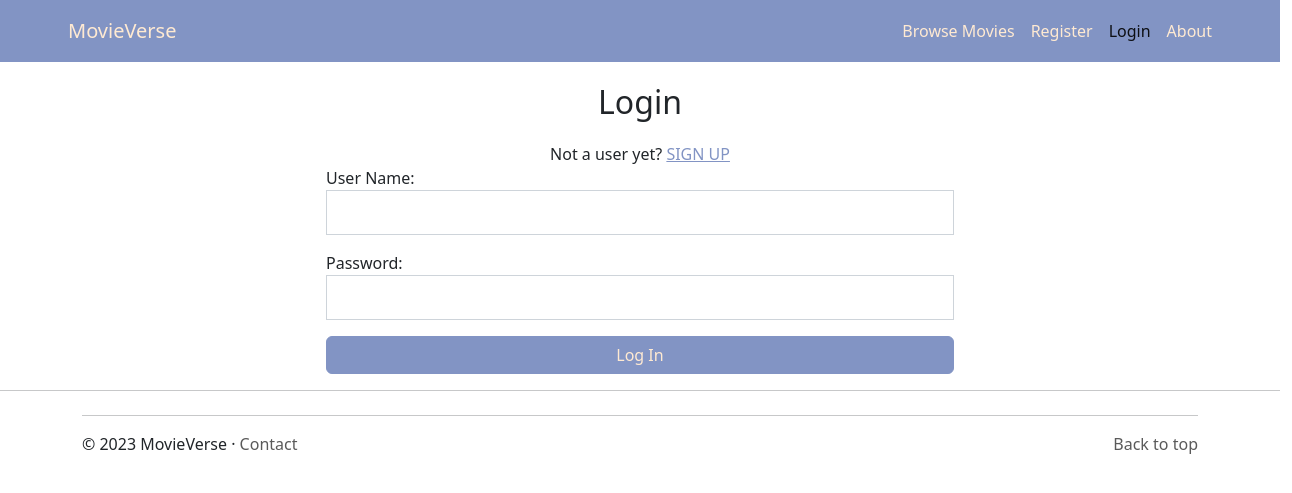
Repository: rafaelasantana/MovieVerse
Page: http://localhost/login.php
The author's editor kept a copy of each file at every save. The page is drawn from the files as they stood at one save, then again after the next save.
The browser window is 1280 px wide. The page is 1292 px wide, so the pictures cover 1292 px, including what lies to the right of the window. The pictures show the whole page.
Some web libraries are served in a nearby version. The page is run by PHP 8.4 with error messages shown; the project is at /var/www/html/.

Above is the page before, as saved 2023-06-22 22:50:00.
Console error: TypeError: Cannot read properties of undefined (reading 'keyboard')

### MovieVerse/login.php
<?php
$page = "login";
session_start();
include "header.php";
include "navbar.php";
include "database.php";
?>
<?php

$errordata = "";

if ($_SERVER['REQUEST_METHOD'] === 'POST') {

    if (empty($_POST["username"]) || empty($_POST["password"])) {
        $error = "Please fill out all the fields!";
    } else if (isset($_POST["username"]) && isset($_POST["password"])) {

        //include_once "conn.php";
        $username = $_POST["username"];
        $password = $_POST["password"];

        //selektieren wir die daten von tabelle users in datenbank um die login zu machen
        $sql = "SELECT id, username, password, role,  firstname, email FROM user WHERE username = ?";
$stmt = $conn->prepare($sql);
$stmt->bind_param("s", $username);
$stmt->execute();

$result = $stmt->get_result();
while ($row = $result->fetch_assoc()) {
    //echo "got results from the database";

    if (password_verify($password, $row["password"])) {
        //echo "verifying password";
        $username = $row["username"];
        $role = $row["role"];
        $id = $row["id"];
        //$status = $row["status"];
        $firstname = $row["firstname"];
        $email = $row["email"];

        $_SESSION["username"] = $username;
        $_SESSION["role"] = $role;
        //$_SESSION["status"] = $status;
        $_SESSION["id"] = $id;
        $_SESSION["firstname"] = $firstname;
        $_SESSION["email"] = $email;

        header("Location: profile.php");

        //echo "login worked!";
        //echo "<script>window.location.href='welcome.php'</script>";
        exit();
    } else if (!password_verify($password, $row["password"])) {
        $error = "Wrong username or password. Please try again!";
    } else if ($row["status"] == 'Inactive') {
        $error = "You are no longer allowed to access on this website!";
    }
}}
}

?>

<body>
    <div class="row justify-content-center">
        <div class="col-xs-10 col-lg-6">
            <!-- Testing with includes/ logic -->
            <form action="login.php" method="post" class="sign-in-form">
                <div class="fs-2 mt-3 text-center mb-3">Login</div>
                <div class="text-center">Not a user yet? <a href="registration.php" style="color:#8294C4"> SIGN UP</a></div>

                <div class="form-group mb-3">
                    <label>User Name:</label>
                    <input type="text" class="form-control" id="email" value="" name="username" required>
                </div>

                <div class="form-group mb-3">
                    <label>Password:</label>
                    <input type="password" class="form-control" id="password" value="" name="password" required>
                </div>

                <div style="color: red;">
                    <?php

                    if (isset($error)) {
                        echo "<p class=\"Rerror\">" . $error . "</p>";
                    }
                    ?>
                </div>
                <div class="d-grid gap-2">
                    <button type="submit" name="submit" class="btn btn-login">Log In</button>
                </div>
            </form>
        </div>

    </div>
    <hr class="featurette-divider">

    <?php

    include "footer.php";

    ?>

### MovieVerse/header.php
<!doctype html>
<html lang="en">

<head>
  <title>Title</title>
  <!-- Required meta tags -->
  <meta charset="utf-8">
  <meta name="viewport" content="width=device-width, initial-scale=1, shrink-to-fit=no">

  <!-- Bootstrap CSS v5.2.1 -->
  <link href="https://cdn.jsdelivr.net/npm/bootstrap@5.2.1/dist/css/bootstrap.min.css" rel="stylesheet" integrity="sha384-iYQeCzEYFbKjA/T2uDLTpkwGzCiq6soy8tYaI1GyVh/UjpbCx/TYkiZhlZB6+fzT" crossorigin="anonymous">

  <!-- Template Main CSS Files -->
  <link href="assets/css/variables.css" rel="stylesheet">
  <link href="assets/css/index.css" rel="stylesheet">
  <link href="assets/css/login.css" rel="stylesheet">
  <link href="assets/css/footer.css" rel="stylesheet">
  <link href="assets/css/navbar.css" rel="stylesheet">

  <!-- add jquery (here minimized version)-->
  <script src="https://code.jquery.com/jquery-3.6.4.min.js" integrity="sha256-oP6HI9z1XaZNBrJURtCoUT5SUnxFr8s3BzRl+cbzUq8=" crossorigin="anonymous"></script>

  <!-- add font awesome library -->
  <script src="https://kit.fontawesome.com/a2b15cd676.js" crossorigin="anonymous"></script>

  <script defer src="assets/js/index.js"></script>

</head>

<body>

### MovieVerse/navbar.php
<!-- Begin header -->
<div class="navbar navbar-expand-lg" style="background-color: #8294C4">
    <div class="container-fluid">
        <!-- click on logo image to go to homepage -->
        <a href="index.php" class="navbar-brand mx-2 navbar-text">MovieVerse</a>
        <!-- burger button when collapses -->
        <div class="justify-content-end">
            <button class="navbar-toggler" type="button" data-bs-toggle="collapse" data-bs-target="#navbar_index" aria-controls="navbar_index" aria-expanded="false">
                <span class="navbar-toggler-icon"></span>
            </button>

        </div>
        <!-- Navbar -->
        <div id="navbar_index" class="collapse navbar-collapse justify-content-end">
            <div class="navbar-nav">
                <a class="navbar-text nav-link <?php if ($page == 'index') echo 'active' ?>" href="index.php">Browse Movies</a>
                <?php
                // if user is logged in, show profile
                if (isset($_SESSION["firstname"])) { ?>
                    <a class="navbar-text nav-link <?php if ($page == 'profile') echo 'active' ?> " href="profile.php">Profile</a>
                    <a class='navbar-text nav-link <?php if($page == 'logout') echo 'active' ?>' href='includes/logout.inc.php'>Logout</a>
                <?php }
                // if user is not logged in, show register and login
                else { ?>
                    <a class="navbar-text nav-link <?php if ($page == "registration") echo "active" ?>" href="registration.php">Register</a>
                    <a class="navbar-text nav-link <?php if ($page == "login") echo " active" ?>" href="login.php">Login</a>
                <?php } ?>
                <a class="navbar-text nav-link <?php if ($page == "help") echo " active" ?>" href="about.php">About</a>
            </div>
        </div>
    </div>
</div>

### MovieVerse/database.php
<?php

//for Rafaela

// $host ="localhost";
//$user = "root";
//$password ="mysql";
//$database = "movieverse";

// for Livia
$host ="localhost";
$user = "root";
$password ="";
$database = "movieverseprojekt";

$conn = mysqli_connect($host, $user, $password, $database);

if(!$conn){
    die("Connection failed:" . mysqli_connect_error());
}

### MovieVerse/footer.php
<footer class="container mt-4">
  <hr class="featurette-divider">
  <p class="float-end"><a href="#" class="footerCls">Back to top</a></p>
  <p>&copy; 2023 MovieVerse &middot; <a href="about.php" class="footerCls">Contact</a></p>
</footer>
<!-- Bootstrap JavaScript Libraries -->
<script src="https://cdn.jsdelivr.net/npm/@popperjs/core@2.11.6/dist/umd/popper.min.js" integrity="sha384-oBqDVmMz9ATKxIep9tiCxS/Z9fNfEXiDAYTujMAeBAsjFuCZSmKbSSUnQlmh/jp3" crossorigin="anonymous">
</script>

<script src="https://cdn.jsdelivr.net/npm/bootstrap@5.2.1/dist/js/bootstrap.min.js" integrity="sha384-7VPbUDkoPSGFnVtYi0QogXtr74QeVeeIs99Qfg5YCF+TidwNdjvaKZX19NZ/e6oz" crossorigin="anonymous">
</script>
</body>

</html>

### MovieVerse/assets/css/variables.css
/**
* Template Name: ZenBlog
* File: variables.css
* Description: Easily customize colors, typography, and other repetitive properties used in the template main stylesheet file main.css
*
* Template URL: https://bootstrapmade.com/zenblog-bootstrap-blog-template/
* Author: BootstrapMade.com
* License: https://bootstrapmade.com/license/
*
* Contents:
* 1. ZenBlog template variables
* 2. Override default Bootstrap variables
* 3. Set color and background class names
*
* Learn more about CSS variables at https://developer.mozilla.org/en-US/docs/Web/CSS/Using_CSS_custom_properties
*/

/*--------------------------------------------------------------
# 1. ZenBlog template variables
--------------------------------------------------------------*/
:root {

  /* Fonts */
  --font-default: 'EB Garamond', system-ui, -apple-system, "Segoe UI", Roboto, "Helvetica Neue", Arial, "Noto Sans", "Liberation Sans", sans-serif, "Apple Color Emoji", "Segoe UI Emoji", "Segoe UI Symbol", "Noto Color Emoji";
  --font-primary: 'EB Garamond', serif; /*'Playfair Display', serif;*/
  --font-secondary: 'Inter', sans-serif;

  /* Colors */
  /* The *-rgb color names are simply the RGB converted value of the corresponding color for use in the rgba() function */

  /* Default text color */
  --color-default: #212529;
  --color-default-rgb: 33, 37, 41;

  /* Defult links color */
  --color-links: #212529;
  --color-links-hover: #15171a;

  /* Primay colors */
  --color-primary: #212529;
  --color-primary-light: #26282c;
  --color-primary-dark: #0b0c0e;

  --color-primary-rgb: 33, 37, 41;
  --color-primary-light-rgb: 38, 40, 44;
  --color-primary-dark-rgb: 11, 12, 14;

  /* Secondary colors */
  --color-secondary: #596d80;
  --color-secondary-light: #8498aa;
  --color-secondary-dark: #404f5c;

  --color-secondary-rgb: 89, 109, 128;
  --color-secondary-light-rgb: 132, 152, 170;
  --color-secondary-dark-rgb: 64, 79, 92;

  /* General colors */
  --color-blue: #0d6efd;
  --color-blue-rgb: 13, 110, 253;

  --color-indigo: #6610f2;
  --color-indigo-rgb: 102, 16, 242;

  --color-purple: #6f42c1;
  --color-purple-rgb: 111, 66, 193;

  --color-pink: #f3268c;
  --color-pink-rgb: 243, 38, 140;

  --color-red: #df1529;
  --color-red-rgb: 223, 21, 4;

  --color-orange: #fd7e14;
  --color-orange-rgb: 253, 126, 20;

  --color-yellow: #ffc107;
  --color-yellow-rgb: 255, 193, 7;

  --color-green: #059652;
  --color-green-rgb: 5, 150, 82;

  --color-teal: #20c997;
  --color-teal-rgb: 32, 201, 151;

  --color-cyan: #0dcaf0;
  --color-cyan-rgb: 13, 202, 240;

  --color-white: #ffffff;
  --color-white-rgb: 255, 255, 255;

  --color-gray: #6c757d;
  --color-gray-rgb: 108, 117, 125;

  --color-black: #000000;
  --color-black-rgb: 0, 0, 0;
}

/*--------------------------------------------------------------
# 2. Override default Bootstrap variables
--------------------------------------------------------------*/
:root {
  --bs-blue: var(--color-blue);
  --bs-indigo: var(--color-indigo);
  --bs-purple: var(--color-purple);
  --bs-pink: var(--color-pink);
  --bs-red: var(--color-red);
  --bs-orange: var(--color-orange);
  --bs-yellow: var(--color-yellow);
  --bs-green: var(--color-green);
  --bs-teal: var(--color-teal);
  --bs-cyan: var(--color-cyan);
  --bs-white: var(--color-white);
  --bs-gray: var(--color-gray);
  --bs-gray-dark: #343a40;
  --bs-gray-100: #f8f9fa;
  --bs-gray-200: #e9ecef;
  --bs-gray-300: #dee2e6;
  --bs-gray-400: #ced4da;
  --bs-gray-500: #adb5bd;
  --bs-gray-600: #6c757d;
  --bs-gray-700: #495057;
  --bs-gray-800: #343a40;
  --bs-gray-900: #212529;
  --bs-primary: var(--color-blue);
  --bs-secondary: var(--color-blue);
  --bs-success: #198754;
  --bs-info: #0dcaf0;
  --bs-warning: #ffc107;
  --bs-danger: #dc3545;
  --bs-light: #f8f9fa;
  --bs-dark: #212529;
  --bs-primary-rgb: var(--color-primary-rgb);
  --bs-secondary-rgb: var(--color-secondary-rgb);
  --bs-success-rgb: 25, 135, 84;
  --bs-info-rgb: 13, 202, 240;
  --bs-warning-rgb: 255, 193, 7;
  --bs-danger-rgb: 220, 53, 69;
  --bs-light-rgb: 248, 249, 250;
  --bs-dark-rgb: 33, 37, 41;
  --bs-white-rgb: var(--color-white-rgb);
  --bs-black-rgb: var(--color-black-rgb);
  --bs-body-color-rgb: var(--color-default-rgb);
  --bs-body-bg-rgb: 255, 255, 255;
  --bs-font-sans-serif: var(--font-default);
  --bs-font-monospace: SFMono-Regular, Menlo, Monaco, Consolas, "Liberation Mono", "Courier New", monospace;
  --bs-gradient: linear-gradient(180deg, rgba(255, 255, 255, 0.15), rgba(255, 255, 255, 0));
  --bs-body-font-family: var(--font-default);
  --bs-body-font-size: 1rem;
  --bs-body-font-weight: 400;
  --bs-body-line-height: 1.5;
  --bs-body-color: var(--color-default);
  --bs-body-bg: #fff;
}

/*--------------------------------------------------------------
# 3. Set color and background class names
--------------------------------------------------------------*/
/* Fonts */
.font-default { font-family: var(--font-default) !important; }
.font-primary { font-family: var(--font-primary) !important;}
.font-secondary { font-family: var(--font-secondary) !important; }

/* Text Colors */
.color-default { color: var(--color-default) !important; }
.color-links { color: var(--color-links) !important; }
.color-links:hover { color: var(--color-links-hover) !important; }
.color-primary { color: var(--color-primary) !important; }
.color-primary-light { color: var(--color-primary-light) !important; }
.color-primary-dark { color: var(--color-primary-dark) !important; }
.color-secondary { color: var(--color-secondary) !important; }
.color-secondary-light { color: var(--color-secondary-light) !important; }
.color-secondary-dark { color: var(--color-secondary-dark) !important; }
.color-blue { color: var(--color-blue) !important; }
.color-indigo { color: var(--color-indigo) !important; }
.color-purple { color: var(--color-purple) !important; }
.color-pink { color: var(--color-pink) !important; }
.color-red { color: var(--color-red) !important; }
.color-orange { color: var(--color-orange) !important; }
.color-yellow { color: var(--color-yellow) !important; }
.color-green { color: var(--color-green) !important; }
.color-teal { color: var(--color-teal) !important; }
.color-cyan { color: var(--color-cyan) !important; }
.color-white { color: var(--color-white) !important; }
.color-gray { color: var(--color-gray) !important; }
.color-black { color: var(--color-black) !important; }

/* Background Colors */
.bg-default { background-color: var(--color-default) !important; }
.bg-primary { background-color: var(--color-primary) !important; }
.bg-primary-light { background-color: var(--color-primary-light) !important; }
.bg-primary-dark { background-color: var(--color-primary-dark) !important; }
.bg-secondary { background-color: var(--color-secondary) !important; }
.bg-secondary-light { background-color: var(--color-secondary-light) !important; }
.bg-secondary-dark { background-color: var(--color-secondary-dark) !important; }
.bg-blue { background-color: var(--color-blue) !important; }
.bg-indigo { background-color: var(--color-indigo) !important; }
.bg-purple { background-color: var(--color-purple) !important; }
.bg-pink { background-color: var(--color-pink) !important; }
.bg-red { background-color: var(--color-red) !important; }
.bg-orange { background-color: var(--color-orange) !important; }
.bg-yellow { background-color: var(--color-yellow) !important; }
.bg-green { background-color: var(--color-green) !important; }
.bg-teal { background-color: var(--color-teal) !important; }
.bg-cyan { background-color: var(--color-cyan) !important; }
.bg-white { background-color: var(--color-white) !important; }
.bg-gray { background-color: var(--color-gray) !important; }
.bg-black { background-color: var(--color-black) !important; }

### MovieVerse/assets/css/index.css
.btn{
    --bs-btn-color:#FFEAD2;
    background-color:#8294C4;
    text-decoration: none;
    --bs-btn-border-color:#8294C4;
    --bs-btn-hover-color:#FFEAD2;
    --bs-btn-hover-bg:#DBDFEA;
    --bs-btn-hover-border-color:#DBDFEA;
    --bs-btn-focus-shadow-rgb:0,0,0;
    --bs-btn-active-color:#FFEAD2;
    --bs-btn-active-bg:#8294C4;
    --bs-btn-active-border-color:#8294C4;
    --bs-btn-active-shadow:inset 0 3px 5px rgba(0, 0, 0, 0.125);
    --bs-btn-disabled-color:#DBDFEA;
    --bs-btn-disabled-bg:transparent;
    --bs-btn-disabled-border-color:#DBDFEA;
    --bs-gradient:none;
}

.container-fluid {
    padding-left: 60px; /* Add left margin */
    padding-right: 60px; /* Add right margin */
}

.img-wrapper{
    display: flex;
    align-items: center;
    justify-content: center;
}

.search-image-responsive{
    width:150px;
    height:150px;
}

img{
    width:400px;
    height:550px;

 /*Scale down will take the necessary specified space that is 100px x 100px without stretching the image*/
     object-fit:scale-down;
}

@media screen and (min-width:576px) {
    .carousel-inner{
        display: flex;
    }
    .carousel-item{
        flex: auto;
    }
    .img-wrapper{
        height: 35em;
    }

}

.carousel{
    width: 1150px;
}

.carousel-item{
    display: block;
    margin-right: 0;
    margin: 1em;
}

.carousel-inner{
    padding: 1em;
}

.card-container {
    display: flex;
    flex-wrap: wrap;
}

.card {
    flex: 1 1 300px; /* Set a fixed width for the cards */
    margin: 10px; /* Add some margin between the cards */
    display: flex;
    flex-direction: column;
}

.card-body {
    flex-grow: 1; /* Allow the card body to expand to fill the available space */
    padding-bottom: 80px; /* Add padding to the bottom to create space for the buttons */
}

.card-buttons {
    position: absolute; /* Add position: absolute */
    bottom: 10px; /* Adjust the desired distance from the bottom */
    left: 10px; /* Adjust the desired distance from the left */
}

@media (max-width: 768px) {
    .card-container {
        flex-wrap: nowrap;
    }

    .card-container .card {
        width: 100%;
        margin-right: 0;
    }
}

.carousel-control-prev, .carousel-control-next{
    /* position: fixed; */
    margin: 10em;
    width: 6vh;
    height: 6vh;
    background-color: #e1e1e1;
    border-radius: 50%;
    top: 50%;
    transform: translateY(-50%);
    opacity: .5;
}

.search-result .title h3 {
    margin: 0 0 15px;
    color: #333;
}
.search-result .title p {
    font-size: 12px;
    color: #333;
}
.well {
    border: 0;
    padding: 0px;
    min-height: 63px;
    background: #fff;
    box-shadow: none;
    border-radius: 0px;
    position: relative;
    max-height: 100000px;
    border-bottom: 2px solid #ccc;
    transition: max-height 0.5s ease;
    -o-transition: max-height 0.5s ease;
    -ms-transition: max-height 0.5s ease;
    -moz-transition: max-height 0.5s ease;
    -webkit-transition: max-height 0.5s ease;
}
.form-control {
    height: 45px;
    padding: 10px;
    font-size: 16px;
    box-shadow: none;
    border-radius: 0;
    position: relative;
}

### MovieVerse/assets/css/login.css
.btn-login{
  --bs-btn-color:#FFEAD2;
  background-color:#8294C4;
  text-decoration: none;
  --bs-btn-border-color:#8294C4;
  --bs-btn-hover-color:#FFEAD2;
  --bs-btn-hover-bg:#DBDFEA;
  --bs-btn-hover-border-color:#DBDFEA;
  --bs-btn-focus-shadow-rgb:0,0,0;
  --bs-btn-active-color:#FFEAD2;
  --bs-btn-active-bg:#8294C4;
  --bs-btn-active-border-color:#8294C4;
  --bs-btn-active-shadow:inset 0 3px 5px rgba(0, 0, 0, 0.125);
  --bs-btn-disabled-color:#DBDFEA;
  --bs-btn-disabled-bg:transparent;
  --bs-btn-disabled-border-color:#DBDFEA;
  --bs-gradient:none;
  }

.text{
  text-align: center;
}

.errortxt {
  color: red;
}

### MovieVerse/assets/css/footer.css
a.footerCls{
    text-decoration: none;
    color: #5a5a5a;
}

a.footerCls:hover{
    color: #c9a58b;
}

### MovieVerse/assets/css/navbar.css
.navbar-text {
    color: #FFEAD2;
}

.navbar-text .active{
    color: #DBDFEA;
}

### MovieVerse/assets/js/index.js
$(document).ready(function () {

    var multipleItemCarousel = document.querySelector('#multipleItemCarousel');

    // toggle form to add new movie
    $("#addMovieToggle").click(function() {
        console.log("clicked on addMovieToggle ");
        $("#addMovieForm").toggle();
    })

    // photo carousel logic
    // for bigger screens
    if (window.matchMedia("(min-width:576px)").matches) {

        var carousel = new bootstrap.Carousel(multipleItemCarousel, {
            interval: false
        })

        var carouselWidth = $('.carousel-inner')[0].scrollWidth;

        var cardWidth = $('.carousel-item').width();


        var scrollPosition = 0;

        $('.carousel-control-next').on('click', function () {
            if (scrollPosition < (carouselWidth - (cardWidth * 4))) {
                console.log('next');
                scrollPosition = scrollPosition + cardWidth;
                $('.carousel-inner').animate({ scrollLeft: scrollPosition }, 600);
            }
        })

        $('.carousel-control-prev').on('click', function () {
            if (scrollPosition > 0) {
                console.log('prev');
                scrollPosition = scrollPosition - cardWidth;
                $('.carousel-inner').animate({ scrollLeft: scrollPosition }, 600);
            }
        })
    }
    // for smaller screens
    else {
        $(multipleItemCarousel).addClass('slide');

        $('.carousel-control-next').on('click', function () {
            if (scrollPosition < (carouselWidth - (cardWidth * 4))) {
                console.log('next');
                scrollPosition = scrollPosition + cardWidth;
                $('.carousel-inner').animate({ scrollLeft: scrollPosition }, 600);
            }
        })

        $('.carousel-control-prev').on('click', function () {
            if (scrollPosition > 0) {
                console.log('prev');
                scrollPosition = scrollPosition - cardWidth;
                $('.carousel-inner').animate({ scrollLeft: scrollPosition }, 600);
            }
        })

    }

});

After the next save:
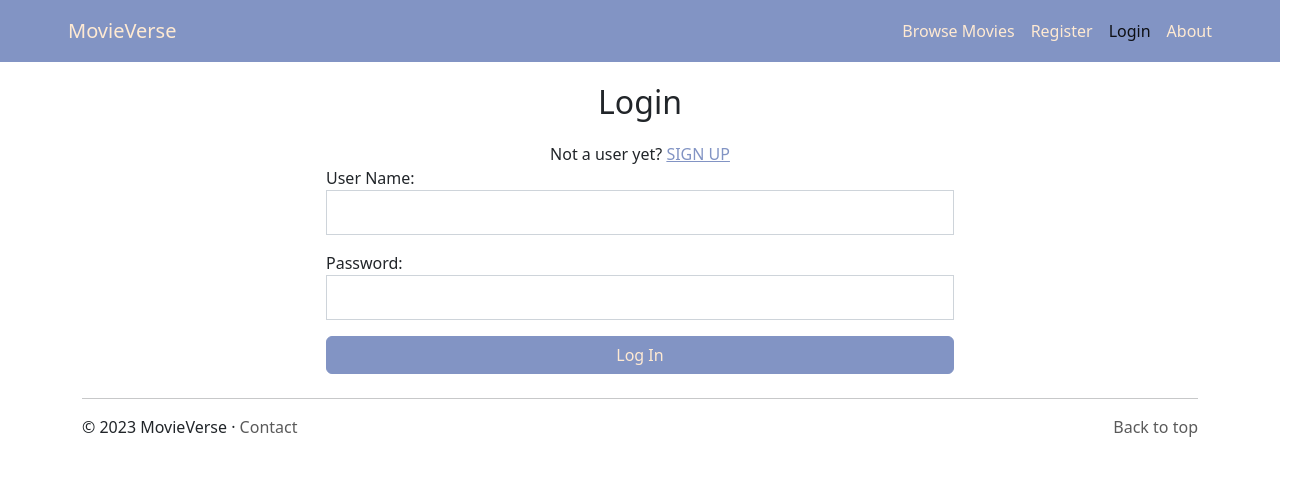
Saved 12 s later.
--- a/MovieVerse/login.php
+++ b/MovieVerse/login.php
@@ -93,7 +93,6 @@ while ($row = $result->fetch_assoc()) {
         </div>
 
     </div>
-    <hr class="featurette-divider">
 
     <?php
 
